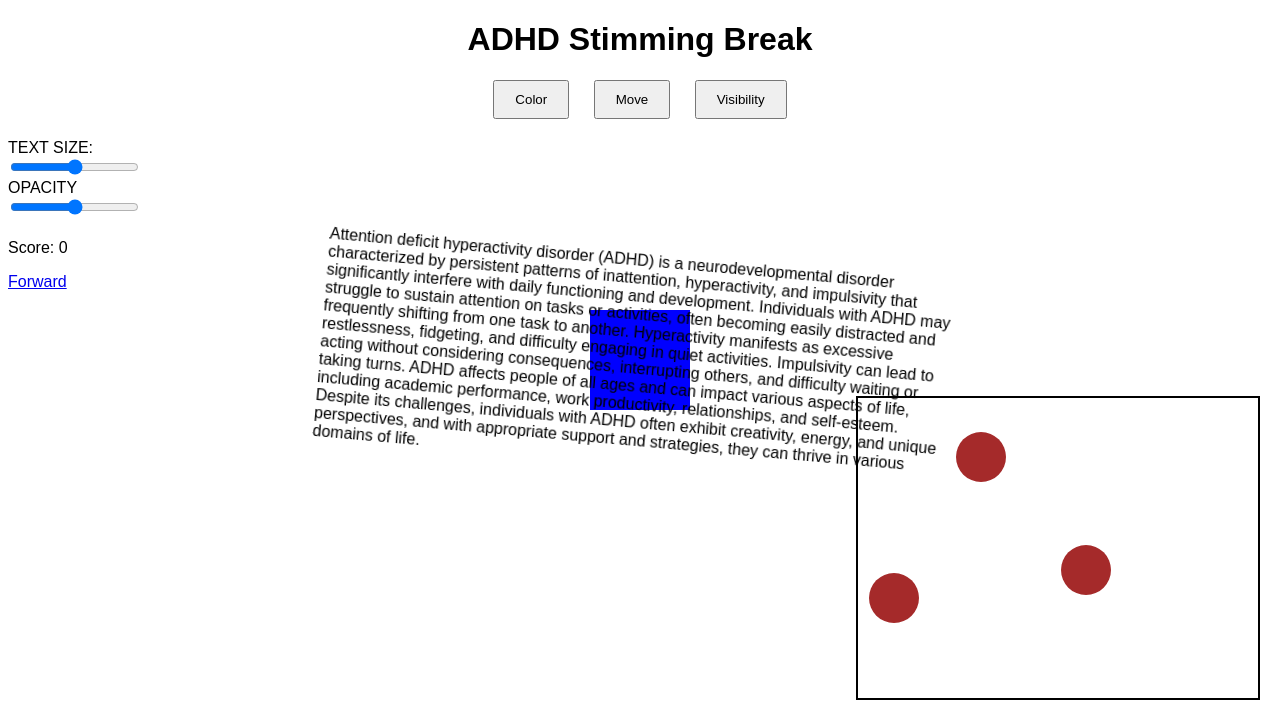
Repository: anderscederberg11/unhandledRuntimeError.json
Page: Henver/henver3.html
An editor plug-in stored every save of this project. The page is shown before and after the next save, followed by the edit.
The browser window is 1280 px wide. The pictures show the whole page.

Above is the page before, as saved 2024-05-24 20:31:56.

### Henver/henver3.html
<!DOCTYPE html>
<html lang="en">
<head>
    <meta charset="UTF-8">
    <meta name="viewport" content="width=device-width, initial-scale=1.0">
    <title>HenverADHD</title>
    <link rel="stylesheet" href="henver3.css">
</head>
<body>
    <h1>ADHD Stimming Break</h1>
    <audio id="background-music" src="/Henver/imgs/what.mp3" autoplay></audio>
    <div class="buttons">
      <button onclick="changeColor()">Color</button>
      <button onclick="moveElement()">Move</button>
      <button onclick="toggleVisibility()">Visibility</button>
    </div>

    <div class="sliders">
      <label for="slider1">TEXT SIZE:</label>
      <input type="range" id="slider1" min="0" max="100" value="50" onchange="adjustFontSize(this.value)">
      <label for="slider2">OPACITY</label>
      <input type="range" id="slider2" min="0" max="100" value="50" onchange="adjustOpacity(this.value)">
    </div>

    <div id="movableElement" class="movable-element"></div>

    <div class="floating-paragraph">
        <p>Attention deficit hyperactivity disorder (ADHD) is a neurodevelopmental disorder characterized by persistent patterns of inattention, hyperactivity, and impulsivity that significantly interfere with daily functioning and development. Individuals with ADHD may struggle to sustain attention on tasks or activities, often becoming easily distracted and frequently shifting from one task to another. Hyperactivity manifests as excessive restlessness, fidgeting, and difficulty engaging in quiet activities. Impulsivity can lead to acting without considering consequences, interrupting others, and difficulty waiting or taking turns. ADHD affects people of all ages and can impact various aspects of life, including academic performance, work productivity, relationships, and self-esteem. Despite its challenges, individuals with ADHD often exhibit creativity, energy, and unique perspectives, and with appropriate support and strategies, they can thrive in various domains of life.</p>
      </div>

      <div class="game-container" onclick="whackMole()">
        <div class="mole" id="mole1"></div>
        <div class="mole" id="mole2"></div>
        <div class="mole" id="mole3"></div>
      </div>

      <p>Score: <span id="score">0</span></p>

      <a href="index.html" class="next">Forward</a>

<script>
    function changeColor() {
  const colors = ["red", "green", "blue", "yellow", "purple", "orange"];
  const randomColor = colors[Math.floor(Math.random() * colors.length)];
  document.body.style.backgroundColor = randomColor;
}

function moveElement() {
  const element = document.getElementById("movableElement");
  const randomX = Math.random() * (window.innerWidth - element.offsetWidth);
  const randomY = Math.random() * (window.innerHeight - element.offsetHeight);
  element.style.left = randomX + "px";
  element.style.top = randomY + "px";
}

function toggleVisibility() {
  const element = document.getElementById("movableElement");
  element.style.display = element.style.display === "none" ? "block" : "none";
}

function adjustFontSize(value) {
  document.body.style.fontSize = value + "px";
}

function adjustOpacity(value) {
  document.getElementById("movableElement").style.opacity = value / 100;
}
let score = 0;

function changeColor() {
  const colors = ["red", "green", "blue", "yellow", "purple", "orange"];
  const randomColor = colors[Math.floor(Math.random() * colors.length)];
  document.body.style.backgroundColor = randomColor;
}

function moveElement() {
  const element = document.getElementById("movableElement");
  const randomX = Math.random() * (window.innerWidth - element.offsetWidth);
  const randomY = Math.random() * (window.innerHeight - element.offsetHeight);
  element.style.left = randomX + "px";
  element.style.top = randomY + "px";
}

function toggleVisibility() {
  const element = document.getElementById("movableElement");
  element.style.display = element.style.display === "none" ? "block" : "none";
}

function adjustFontSize(value) {
  document.body.style.fontSize = value + "px";
}

function adjustOpacity(value) {
  document.getElementById("movableElement").style.opacity = value / 100;
}

function whackMole() {
  event.target.style.display = "none";
  score++;
  document.getElementById("score").innerText = score;
}

function showMole(mole) {
  mole.style.display = "block";
  const randomX = Math.random() * 350;
  const randomY = Math.random() * 250;
  mole.style.left = randomX + "px";
  mole.style.top = randomY + "px";
}

setInterval(() => {
  const moles = document.querySelectorAll(".mole");
  moles.forEach((mole) => {
    showMole(mole);
  });
}, 1000);
</script>
</body>
</html>

### Henver/henver3.css
body {
    font-family: Arial, sans-serif;
  }

  h1 {
    text-align: center;
  }

  .buttons {
    text-align: center;
    margin-bottom: 20px;
  }

  .buttons button {
    padding: 10px 20px;
    margin: 0 10px;
  }

  .sliders {
    margin-bottom: 20px;
  }

  .sliders label {
    display: block;
  }

  .movable-element {
    width: 100px;
    height: 100px;
    background-color: blue;
    position: absolute;
    top: 50%;
    left: 50%;
    transform: translate(-50%, -50%);
  }
  .floating-paragraph {
    position: fixed;
    top: 50%;
    left: 50%;
    transform: translate(-50%, -50%);
    animation: floatAndMove 10s infinite alternate;
  }

  .game-container {
    position: fixed;
    bottom: 20px;
    right: 20px;
    width: 400px;
    height: 300px;
    border: 2px solid black;
    overflow: hidden;
}

.mole {
    position: absolute;
    width: 50px;
    height: 50px;
    background-color: brown;
    border-radius: 50%;
    cursor: pointer;
    display: none;
}
  @keyframes floatAndMove {
    0% {
      transform: translate(-50%, -50%) rotate(0deg);
    }
    50% {
      transform: translate(-50%, -50%) rotate(5deg);
    }
    100% {
      transform: translate(-50%, -50%) rotate(0deg);
    }
  }

After the next save:
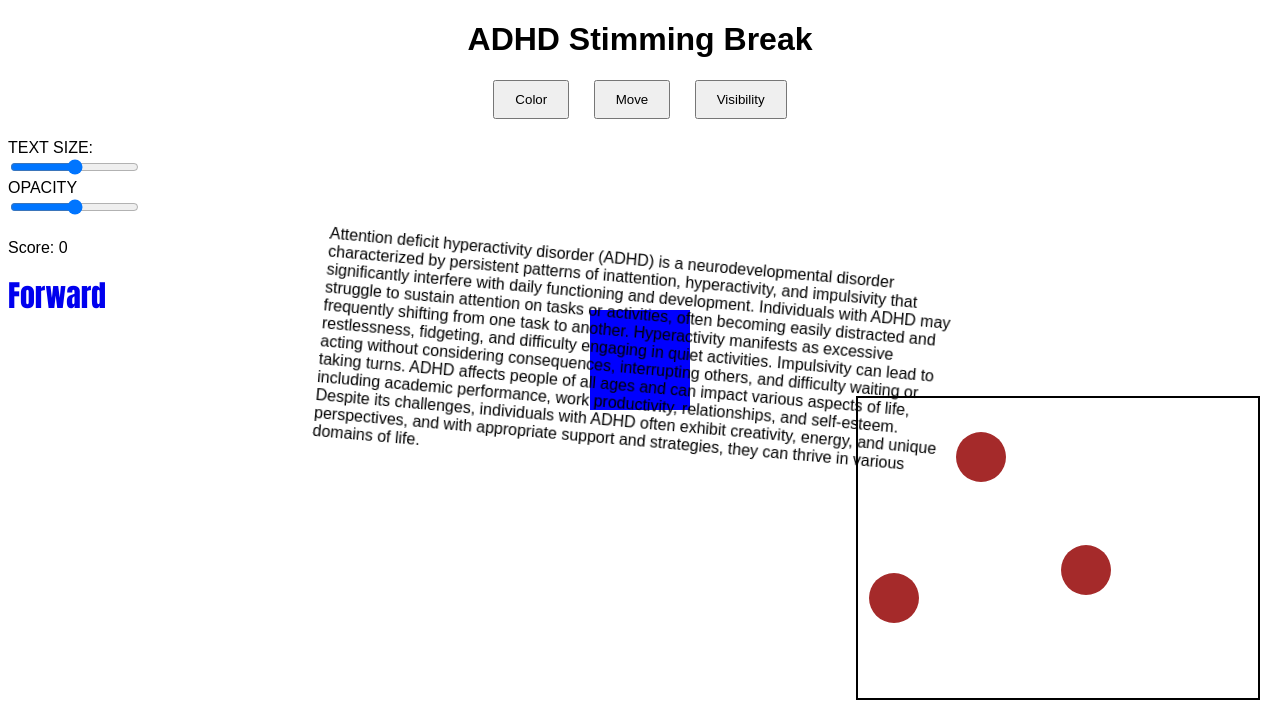
Saved 87 s later.
--- a/Henver/henver3.html
+++ b/Henver/henver3.html
@@ -36,7 +36,11 @@
 
       <p>Score: <span id="score">0</span></p>
 
-      <a href="index.html" class="next">Forward</a>
+      <a href="index.html"
+       style=
+      "font-family: Impact, Haettenschweiler, 'Arial Narrow Bold', sans-serif;
+      font-size: 30px;
+      text-decoration: none;">Forward</a>
 
 <script>
     function changeColor() {
